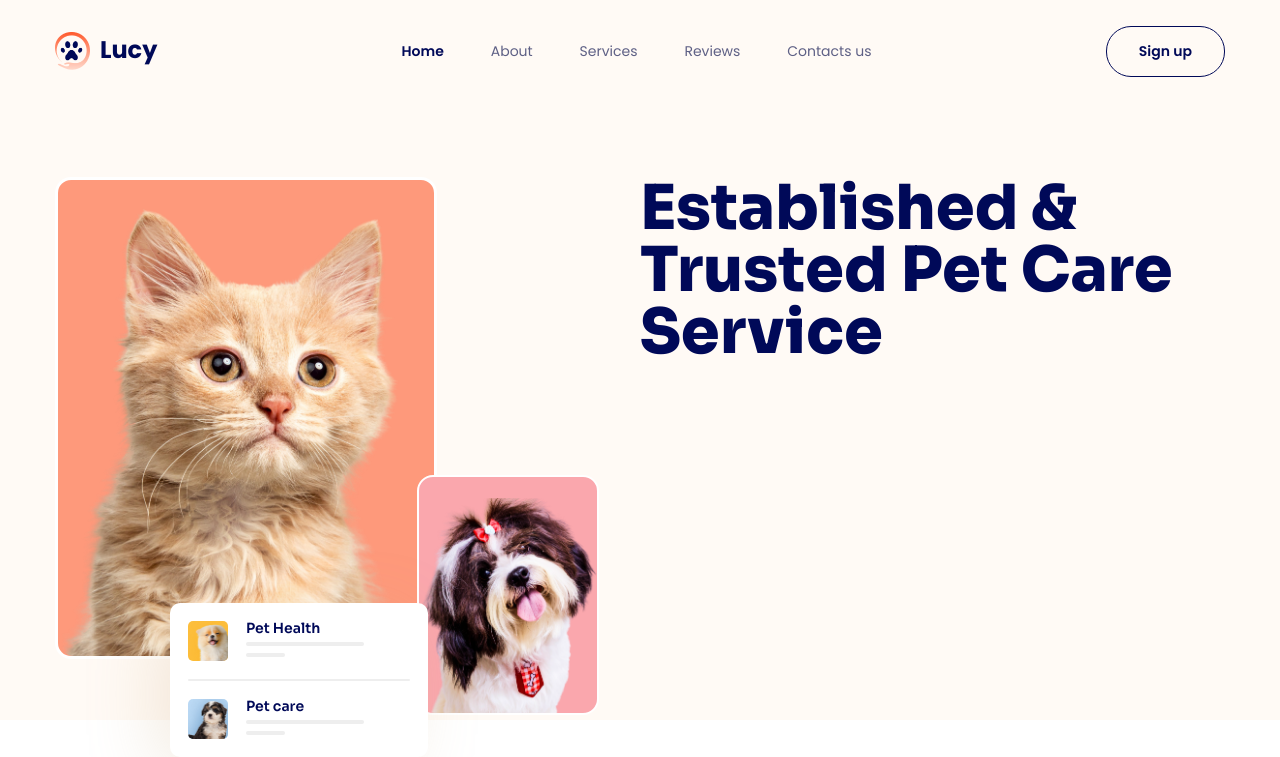
Repository: Cuongquaidan/F8projeact-04
Page: index.html
These files come from the project's save history. The page is drawn as it stood at one moment and after the next save; the edit follows.
The browser window is 1280 px wide. The pictures show the whole page.

Above is the page before, as saved 2023-04-15 09:46:12.

After the next save:
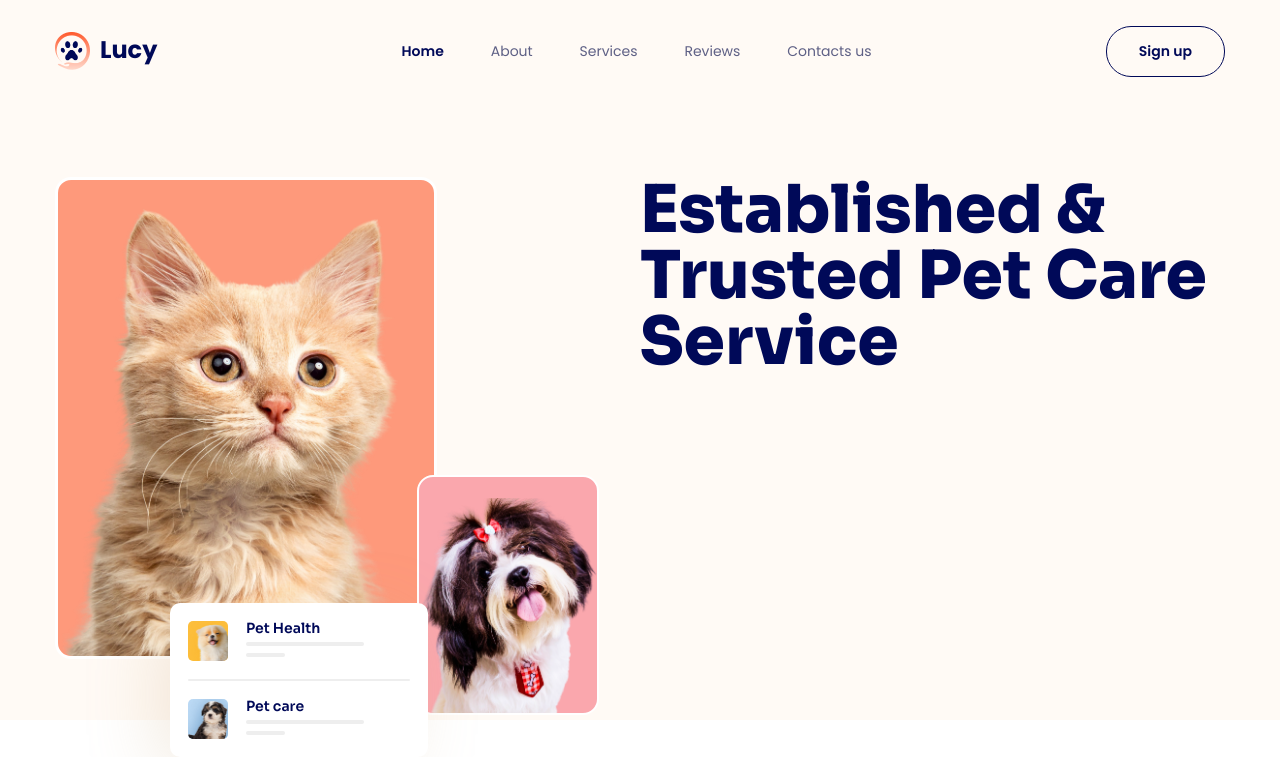
Saved 10 s later.
--- a/asset/css/styles.css
+++ b/asset/css/styles.css
@@ -215,5 +215,5 @@ a {
     height: 4px;
 }
 .hero__contents-title {
-    font-size: 6.2rem;
-}
+    font-size: 6.6rem;
+}
